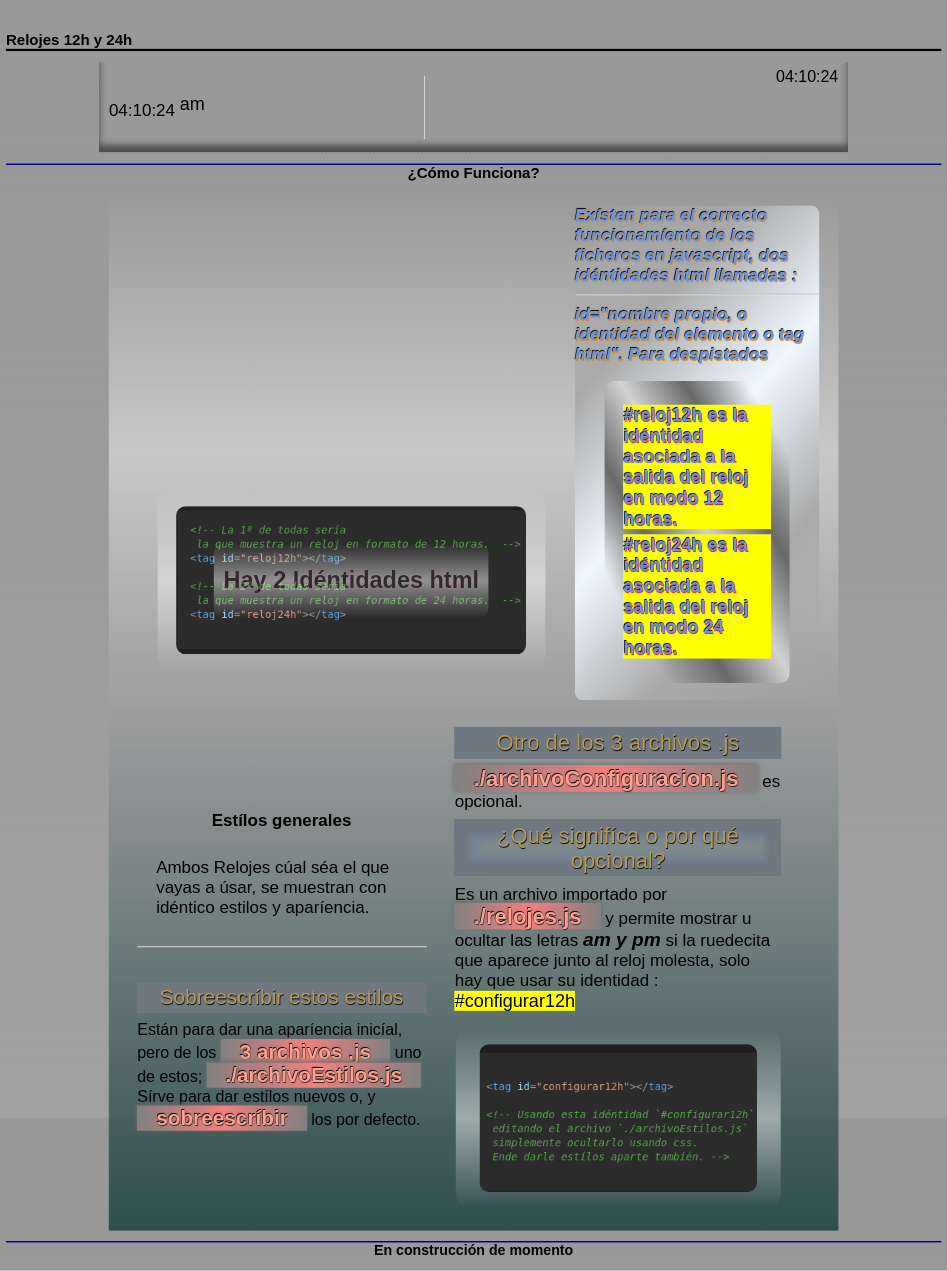
Repository: marcostonfor/clocks
Page: index.html
An editor plug-in stored every save of this project. The page is shown before and after a run of saves, followed by the edit.
The browser window is 1280 px wide. The pictures show the whole page, at 74% of full size.
Some web fonts or font styles are not loaded; a fallback is used.

Above is the page before, as saved 2024-09-19 04:40:26.

After the next 2 saves:
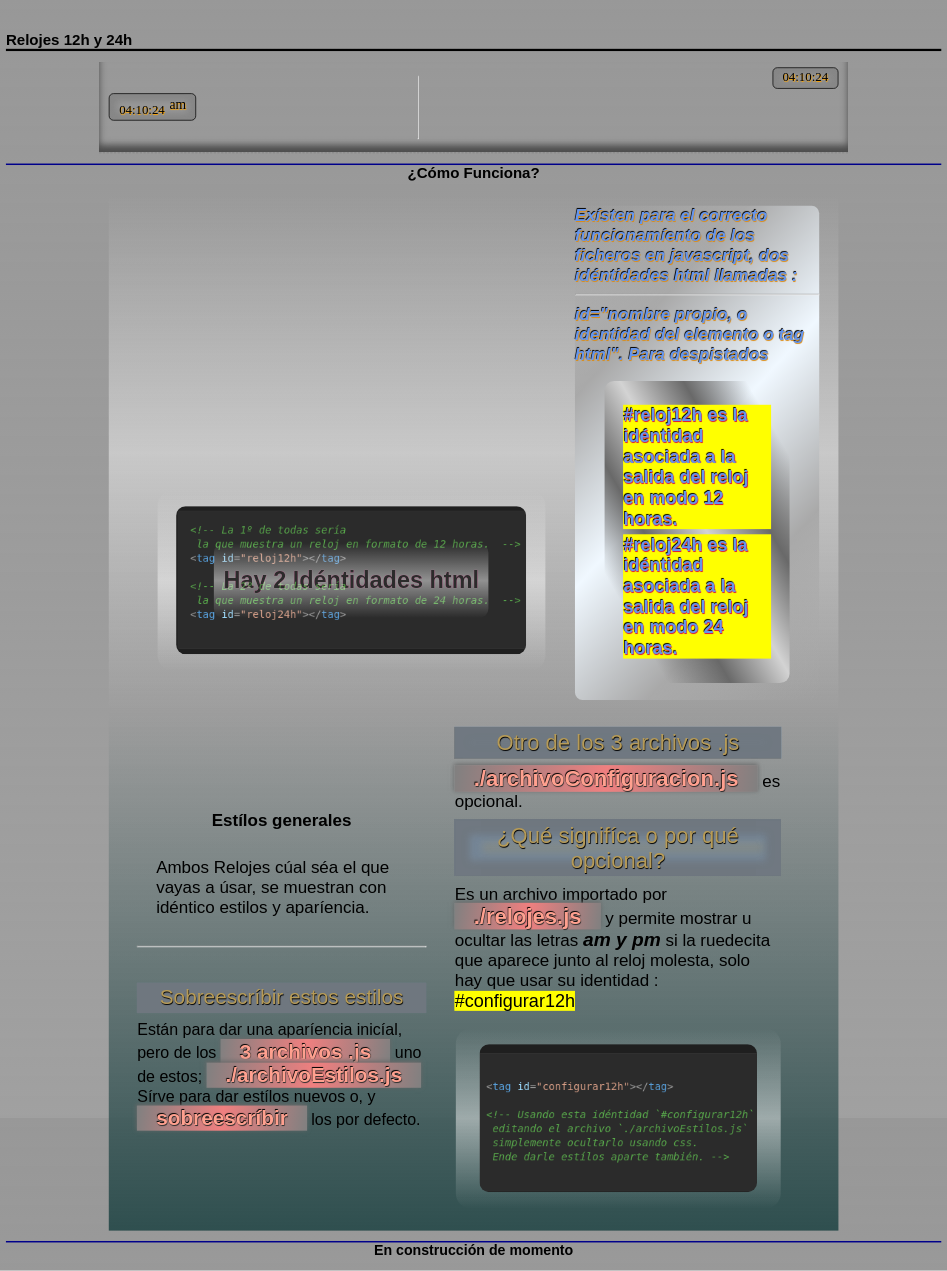
The 2 saves are shown as one change because they came seconds apart.
The last was saved 6 s later.
--- a/relojes.js
+++ b/relojes.js
@@ -75,7 +75,7 @@ if (salida24h) {
     box-sizing: border-box;
 }
 
-#reloj12h,  {
+#reloj12h, #reloj24h {
     text-align: center;
     width: fit-content;
     border: 0.1vw solid black;
